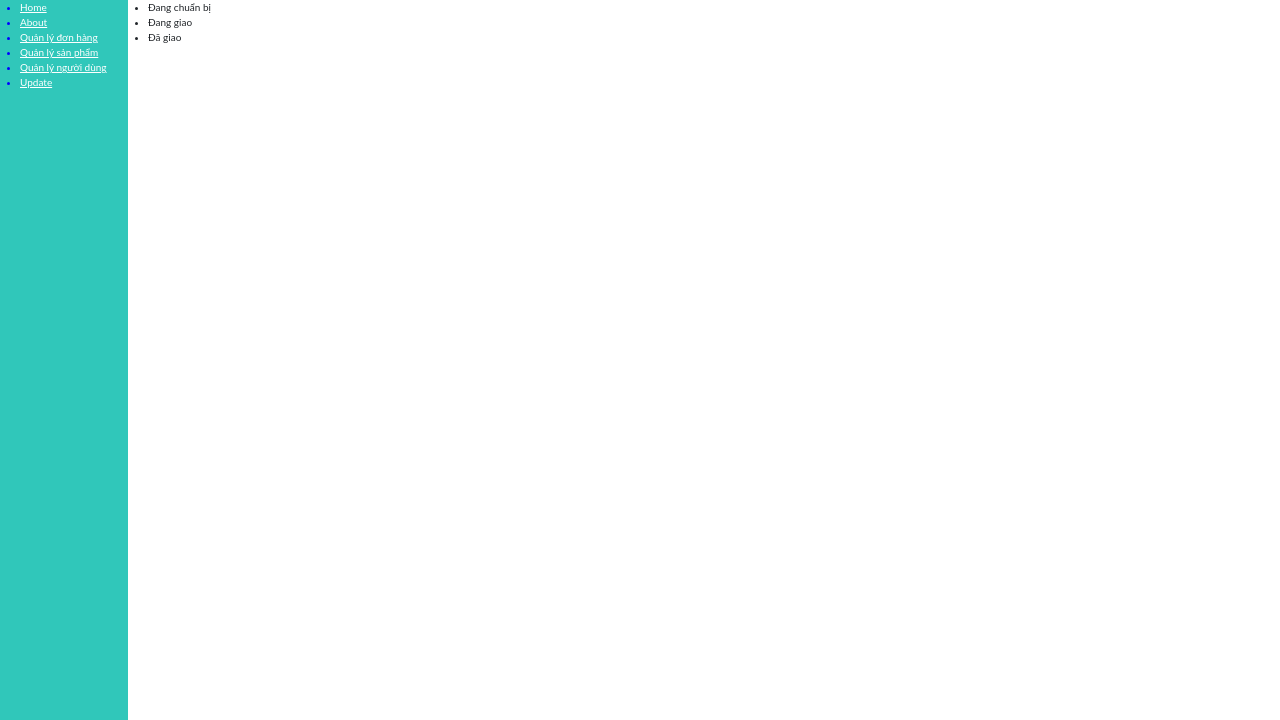
Repository: Hothidani/React
Page: /Order (app in exa/my-react-router-A/)
The author's editor kept a copy of each file at every save. The page is drawn from the files as they stood at one save, then again after the next save.
The browser window is 1280 px wide. The pictures show the whole page.
The project was rebuilt for these pictures with package versions that can differ from the ones it lists, and the page was loaded fresh each time. Also part of the build but not shown: exa/my-react-router-A/src/component/Navigation.js, exa/my-react-router-A/src/component/Home.js, exa/my-react-router-A/src/component/About.js, exa/my-react-router-A/src/component/Service.js, exa/my-react-router-A/src/component/Contact.js, exa/my-react-router-A/src/component/AllProduct.js, exa/my-react-router-A/src/component/Add.js, exa/my-react-router-A/src/component/QLuser.js.

Above is the page before, as saved 2021-05-11 15:53:07.

### exa/my-react-router-A/public/index.html
<!DOCTYPE html>
<html lang="en">
  <head>
    <meta charset="utf-8" />
    <link rel="icon" href="%PUBLIC_URL%/favicon.ico" />
    <meta name="viewport" content="width=device-width, initial-scale=1" />
    <meta name="theme-color" content="#000000" />

    <meta
      name="description"
      content="Web site created using create-react-app"
    />
    <link rel="apple-touch-icon" href="%PUBLIC_URL%/logo192.png" />
    <!--
      manifest.json provides metadata used when your web app is installed on a
      user's mobile device or desktop. See https://developers.google.com/web/fundamentals/web-app-manifest/
    -->
    <link rel="manifest" href="%PUBLIC_URL%/manifest.json" />
    <link href="%PUBLIC_URL%/../../src/index.css">
    <link rel="stylesheet" href="https://maxcdn.bootstrapcdn.com/bootstrap/3.4.1/css/bootstrap.min.css">
    <script src="https://ajax.googleapis.com/ajax/libs/jquery/3.5.1/jquery.min.js"></script>
    <script src="https://maxcdn.bootstrapcdn.com/bootstrap/3.4.1/js/bootstrap.min.js"></script>
    <!--
      Notice the use of %PUBLIC_URL% in the tags above.
      It will be replaced with the URL of the `public` folder during the build.
      Only files inside the `public` folder can be referenced from the HTML.

      Unlike "/favicon.ico" or "favicon.ico", "%PUBLIC_URL%/favicon.ico" will
      work correctly both with client-side routing and a non-root public URL.
      Learn how to configure a non-root public URL by running `npm run build`.
    -->
    <title>React App</title>
  </head>
  <body>
    <noscript>You need to enable JavaScript to run this app.</noscript>
    <div id="root"></div>
    <!--
      This HTML file is a template.
      If you open it directly in the browser, you will see an empty page.

      You can add webfonts, meta tags, or analytics to this file.
      The build step will place the bundled scripts into the <body> tag.

      To begin the development, run `npm start` or `yarn start`.
      To create a production bundle, use `npm run build` or `yarn build`.
    -->
  </body>
</html>

### exa/my-react-router-A/src/index.js
import React from 'react';
import ReactDOM from 'react-dom';
import App from "./App";
// import AddForm from './App';
import reportWebVitals from './reportWebVitals';

ReactDOM.render(
  <React.StrictMode>
    <App></App>
  </React.StrictMode>,
  document.getElementById('root')
);

// If you want to start measuring performance in your app, pass a function
// to log results (for example: reportWebVitals(console.log))
// or send to an analytics endpoint. Learn more: https://bit.ly/CRA-vitals
reportWebVitals();

### exa/my-react-router-A/src/App.js
import React, { Component } from 'react';
import './App.css';
import './css.css';

import { BrowserRouter as Router, Route, NavLink, Link, Switch } from 'react-router-dom';
import Routers from './component/Routes';


const colorWord = { color: 'White' }
class App extends Component {
  render() {
    return (
      <Router>
{/* className="d-inline" */}
        <div className="a">
          <div className="nav" >
          <nav>
            <ul>
              <li ><Link to="/" style={colorWord}>Home</Link></li>
              <li ><Link to="/About" style={colorWord} >About</Link></li>
              <li > <Link to="/Order" style={colorWord}>Quản lý đơn hàng</Link></li>
              <li > <Link to="/AllProduct" style={colorWord}>Quản lý sản phẩm</Link></li>
              <li > <Link to="/User" style={colorWord}>Quản lý người dùng</Link></li>
              <li > <Link to="/Update" style={colorWord}>Update</Link></li>
            </ul>
          </nav>

          </div>
          <div  >
              <Switch>
                {this.showContentMenu(Routers)}
            </Switch>
          </div>
        </div>

      </Router>
    );

  }
  showContentMenu = (Routers) => {
    var result = null;
    if (Routers.length > 0) {
      result = Routers.map((route, index) => {
        return (

          <Route key={index} path={route.path} exact={route.exact} component={route.main} />
        );
      });
    }
    return result;
  }

}

export default App;

### exa/my-react-router-A/src/App.css
.App {
  text-align: center;
}

.nav{
  /* display: flex;
  justify-content: space-around; */
  /* align-items: center; */
  min-height: 10vh;
  width: 10%;
  height: 100vh;
  background: rgb(48, 199, 186);
  color:blue;
}
li{
  width: 100px;
}
/*
.nav-link{
  width: 50%;
  display: flex;
  align-items: center;
  justify-content: space-around;
  list-style: none;
  color: black;
} */

.a{
  display: flex;
}

/* .row{
  display: flex;
  align-items: center;
} */

### exa/my-react-router-A/src/css.css
* {
    padding: 0;
    margin: 0;
    border: none;
    font-family: 'Lato', sans-serif;
    box-sizing: border-box;
}

html {
    background-color: white;
    text-rendering: optimizeLegibility;
}

.clearfix::after {
    content: "";
    display: table;
    clear: both;
}

.form-control {
    border-radius: 40px;
    border-top-left-radius: 40px;
    border-top-right-radius: 40px;
    border-bottom-right-radius: 40px;
    border-bottom-left-radius: 40px;
}

.content-input {
    width: 500px;
    /* background: #00FFFF; */
}

.content-input-flex {
    display: flex;
    justify-content: space-between;
}

.content-input-footer {
    font-size: 18px;
    display: flex;
    justify-content: center;
}

.footer-logo {
    display: flex;
    justify-content: center;
}

input[class=form-control] {
    background: transparent;
    -webkit-border-radius: 20px;
    -moz-border-radius: 20px;
    border-radius: 20px;
    border: 1px solid none;
    color: #BB0000;
    width: 100%;
    padding-left: 10px;
}

input[class=form-control]:focus {
    outline: none;
    background: #99FFFF;
    border: 1px solid #2da8d9;
    color: #f33838;
}

input[class=form-control]:hover {
    background: #CCFFFF;
    border: 1px solid #2da8d9;
}

.content-input-wrap {
    border-radius: 10px;
    border: rgb(120, 199, 223);
    background-color: rgba(156, 212, 210, 0.4);
    position: relative;
    color: rgba(255, 255, 255, 0.2);
    /* box-shadow: 0px 20px 20px rgb(0 0 0 / 10%), 0px 30px 26px rgb(0 0 0 / 10%); */
}

.content-input-wrap h3 {
    font-weight: 300;
    color: #2da8d9;
}

.content-input-wrap .social {
    width: 100%;
}

.content-input-wrap .social a {
    width: 100%;
    display: block;
    border: 1px solid #00FFFF;
    color: rgba(243, 75, 9, 0.2);
    background: #99CCFF;
}

.content-input-wrap .social a:hover {
    background: rgba(214, 106, 5, 0.2);
    color: rgba(255, 255, 255, 0.2);
    border-color: #00FFFF;
}

.buttonn{
    display: flex;
    justify-content: space-around;
    align-items: center;
    min-width: 5%;

}

### exa/my-react-router-A/src/component/Routes.js
import React from 'react';
import {BrowserRouter as Router, Route} from 'react-router-dom';
import Navigation from './Navigation';
import Home from './Home'
import About from './About';
import Service from './Service';
import Contact from './Contact';
import AllProduct from './AllProduct';
import Update from './AllProduct';
import Add from './Add';
import User from './QLuser';
import Order from './QlOder';

const Routers = [
	{
		path : '/',
		exact : true,
		main : ()=> <Home />
	},
	{
		path : '/About',
		exact : true,
		main : ({match})=> <About match={match} />
	},
    {
		path : '/Contact',
		exact : true,
		main : ({match})=> <Contact match={match} />
	}
		,
		  {
			path : '/User',
			exact : true,
			main : ({match})=> <User match={match} />
		},
		{
		  path : '/AllProduct',
		  exact : true,
		  main : ({match})=> <AllProduct match={match} />
	  }
	  ,
	  {
		path : '/Add',
		exact : true,
		main : ({match})=> <Add match={match} />
	}
	,
	{
	  path : '/Update',
	  exact : true,
	  main : ({match})=> <Update match={match} />
  }
  ,
	{
	  path : '/Order',
	  exact : true,
	  main : ({match})=> <Order match={match} />
  }


]

export default Routers

### exa/my-react-router-A/src/component/QlOder.js
import React, { Component } from 'react';
import PropTypes from 'prop-types';

class Order extends Component {
    constructor(props) {
        super(props);

    }


    componentDidMount() {

    }


    render() {
        return (
            <div>
                <div>
                    <ul>
                        <li><a >Đang chuẩn bị</a></li>
                        <li><a >Đang giao</a></li>
                        <li><a >Đã giao</a></li>
                    </ul>
                </div>
            </div>
        );
    }
}



export default Order;

### exa/my-react-router-A/src/QLOrder.css
ul {
    list-style-type: none;
    margin: 0;
    padding: 0;
    overflow: hidden;
    background-color: #333;
  }

  li {
    float: left;
  }

  li a {
    display: inline-block;
    color: white;
    text-align: center;
    padding: 14px 16px;
    text-decoration: none;
  }

  li a:hover {
    background-color: #111;
  }

Loaded but not shown: exa/my-react-router-A/src/reportWebVitals.js (common file)

After the next save:
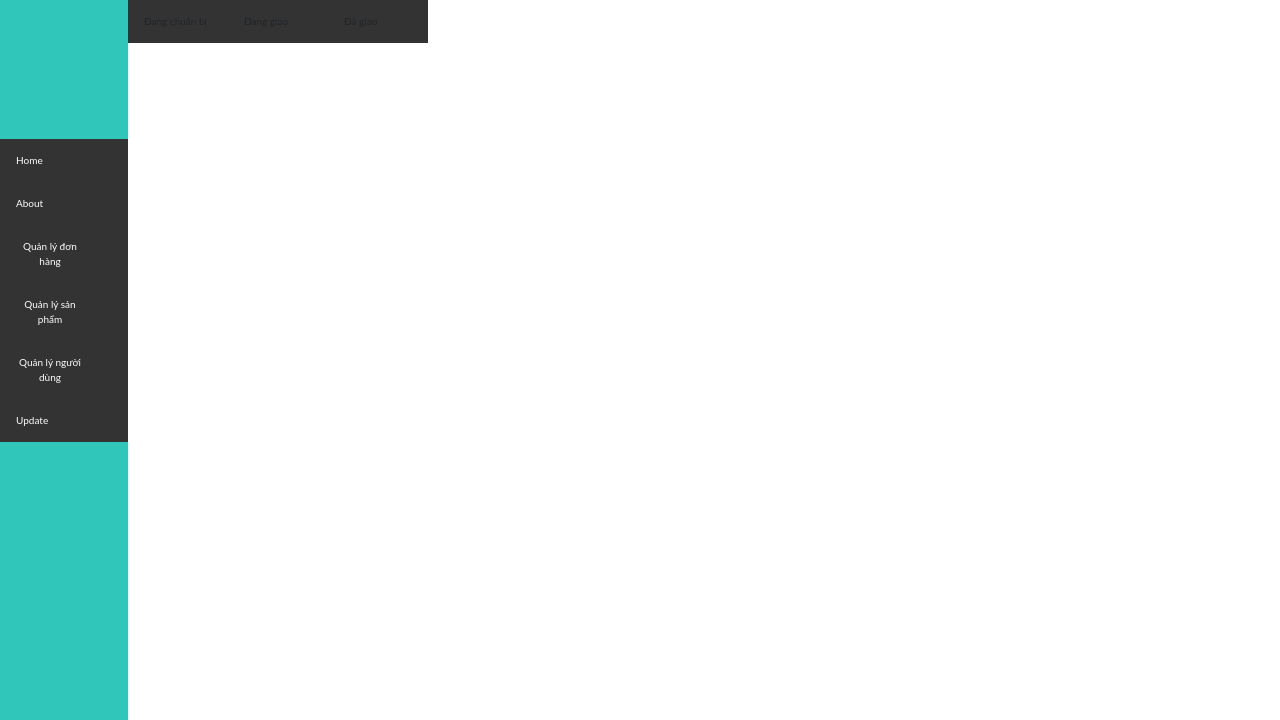
Saved 66 s later.
--- a/exa/my-react-router-A/src/component/QlOder.js
+++ b/exa/my-react-router-A/src/component/QlOder.js
@@ -1,6 +1,6 @@
 import React, { Component } from 'react';
 import PropTypes from 'prop-types';
-
+import '../QLOrder.css';
 class Order extends Component {
     constructor(props) {
         super(props);
